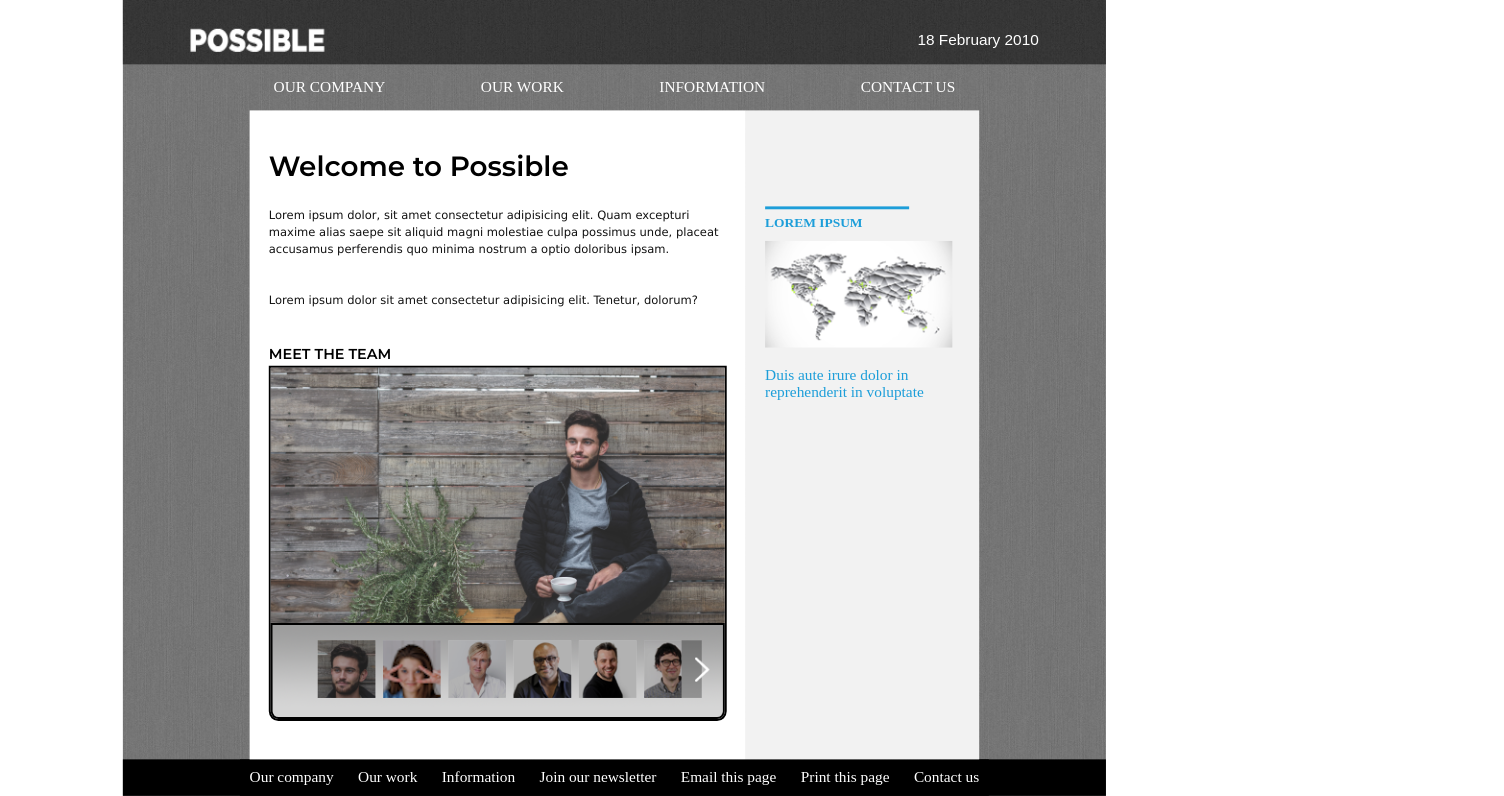
Repository: grzegorzgebala/possible-site
Page: index.html
These files come from the project's save history. The page is drawn as it stood at one moment and after the next save; the edit follows.
The browser window is 1280 px wide. The page is 1567 px wide, so the pictures cover 1567 px, including what lies to the right of the window. The pictures show the whole page, at 96% of full size.
The style sheet was rebuilt from its Sass, Less or Tailwind sources for each picture, by a compiler version that may differ from the author's.

Above is the page before, as saved 2020-02-18 18:50:46.

After the next save:
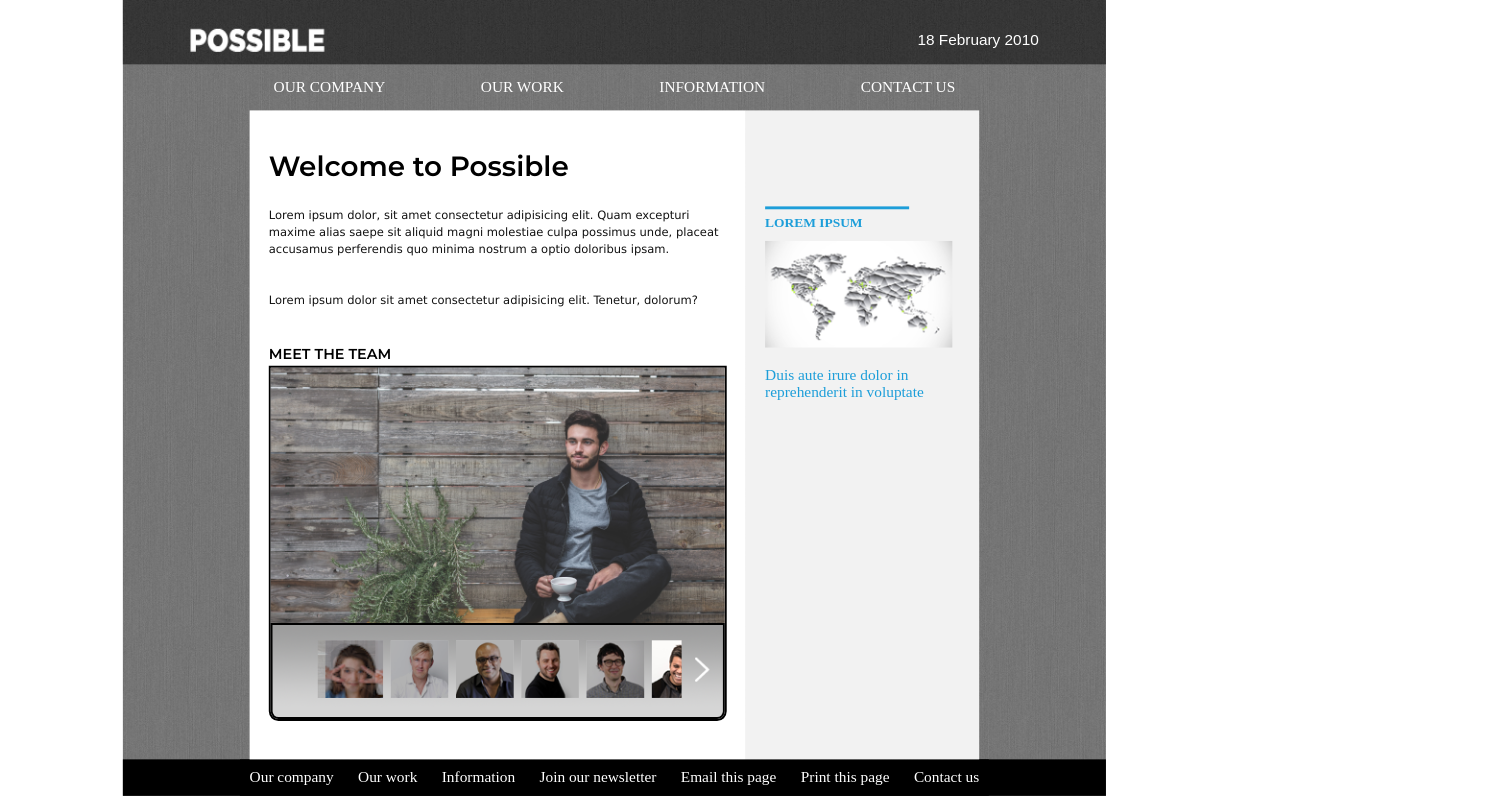
Saved 28 s later.
--- a/index.html
+++ b/index.html
@@ -39,8 +39,9 @@
                             <div class="miniaturesContainer">
                                 <ul class="carouselTrack">
                                     <li class="carouselSlide currentSlide">
-                                        <div class="pictureContainer"></div>
-                                        <img class="carouselImage" src="/images/employees/min1.png" alt="person1">
+                                        <div class="pictureContainer">
+                                            <img class="carouselImage" src="/images/employees/min1.png" alt="person1">
+                                        </div>
                                     </li>
                                     <li class="carouselSlide">
                                         <div class="pictureContainer"></div>

After the save that followed:
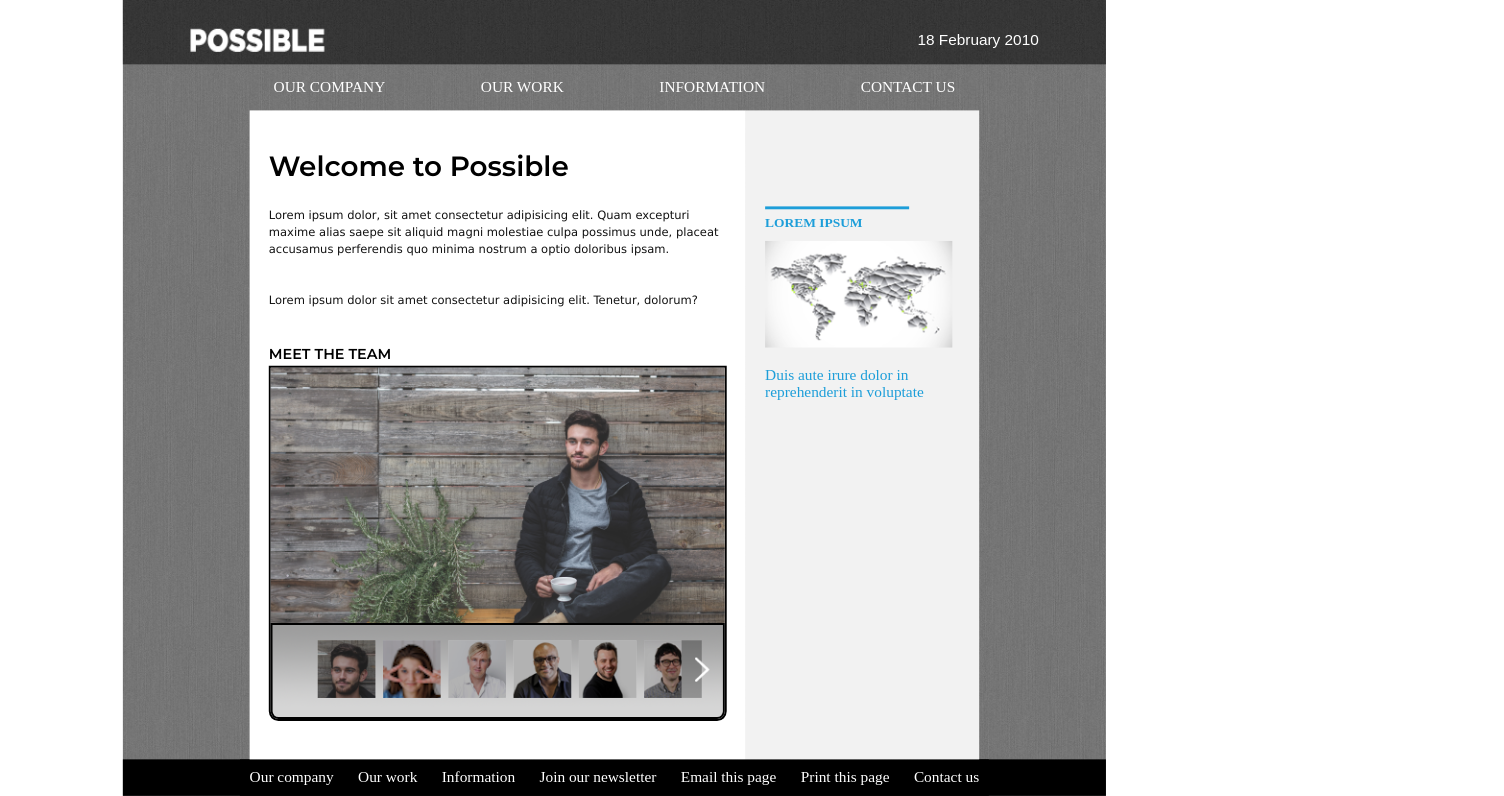
Saved 21 s later.
--- a/index.html
+++ b/index.html
@@ -39,9 +39,8 @@
                             <div class="miniaturesContainer">
                                 <ul class="carouselTrack">
                                     <li class="carouselSlide currentSlide">
-                                        <div class="pictureContainer">
-                                            <img class="carouselImage" src="/images/employees/min1.png" alt="person1">
-                                        </div>
+                                        <div class="pictureContainer"></div>
+                                        <img class="carouselImage" src="/images/employees/min1.png" alt="person1">
                                     </li>
                                     <li class="carouselSlide">
                                         <div class="pictureContainer"></div>
